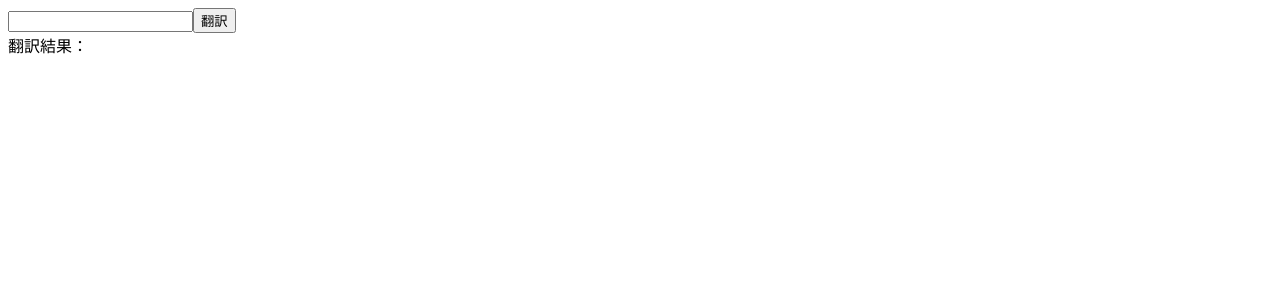
Repository: Reiya-1003/NuxtTS-Translate
Page: /
An editor plug-in stored every save of this project. The page is shown before and after the next save, followed by the edit.
The browser window is 1280 px wide. The pictures show the whole page.
The project was rebuilt for these pictures with package versions that can differ from the ones it lists, and the page was loaded fresh each time. The framework's server and built-in components were replaced by stand-ins that run in the browser. Also part of the build but not shown: nuxt.config.js, components/item.vue. Imported but missing from the stored project, and not drawn on this page: plugins/firebase.

Above is the page before, as saved 2022-01-26 19:53:58.

### pages/index.vue
<template>

     <div>
     <form>
       <input type="text" v-model="message">
       <button type="button" @click="Enchange">翻訳</button>
     </form>
     <div>翻訳結果：{{items.text}}</div>


     </div>
</template>

<script lang="ts">
import Vue from 'vue'
const axios = require('axios')
const kara:any = ""
console.log(kara)
const name = encodeURI(``)//日本語はエンコードURIしないとurlで使えない

interface TransInfo{
  message: number | string,
  items: number | string | object

}

interface MethodType {
  someMethod(): void

}
export default {
    data():TransInfo{
      return{
        message:"",
        items:{},
      }
    },








  methods:{
// 　　　　　request:function(e:any){
//           let kara:any = encodeURI(`${this.message}`)
//           console.log(kara)
//           axios.get(`https://script.google.com/macros/s/AKfycbxSjnREpITlKTl9lo_uV2yqnQbzh4SH7jbAl8fN6YIHHiGWsTDl/exec?text=${kara}&source=ja&target=en`)
//           .then(function(res:any){
//               return {items: res.data}
//           })
// },
  Enchange: function(this:any){
    let kara:any = encodeURI(this.message)
    console.log(kara)
    axios.get(`https://script.google.com/macros/s/AKfycbxSjnREpITlKTl9lo_uV2yqnQbzh4SH7jbAl8fN6YIHHiGWsTDl/exec?text=${kara}&source=ja&target=en`)
         .then((res:any)=>{
           console.log(res.data)

           this.items = res.data

           })
  }


  }
}
</script>

After the next save:
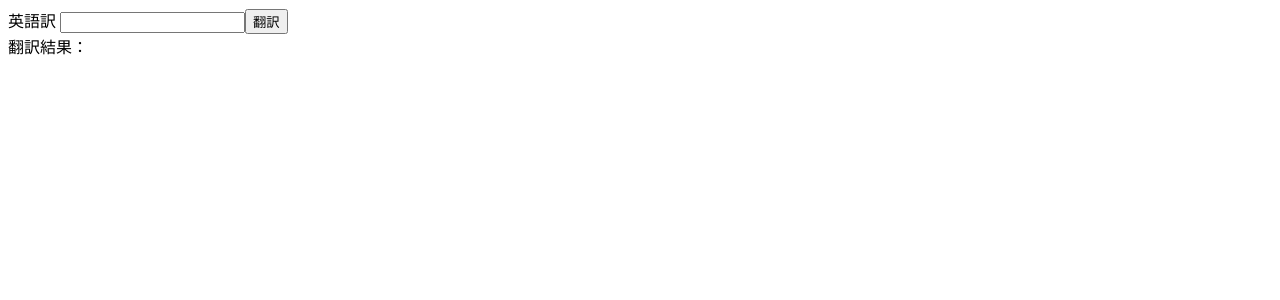
Saved 14 h 23 min later.
--- a/pages/index.vue
+++ b/pages/index.vue
@@ -1,8 +1,8 @@
 <template>
 
      <div>
-     <form>
-       <input type="text" v-model="message">
+     <form>英語訳
+       <input type="text" v-model="japan">
        <button type="button" @click="Enchange">翻訳</button>
      </form>
      <div>翻訳結果：{{items.text}}</div>
@@ -19,7 +19,7 @@ console.log(kara)
 const name = encodeURI(``)//日本語はエンコードURIしないとurlで使えない
 
 interface TransInfo{
-  message: number | string,
+  japan: number | string,
   items: number | string | object
 
 }
@@ -31,7 +31,7 @@ interface MethodType {
 export default {
     data():TransInfo{
       return{
-        message:"",
+        japan:"",
         items:{},
       }
     },
@@ -44,15 +44,19 @@ export default {
 
 
   methods:{
-// 　　　　　request:function(e:any){
-//           let kara:any = encodeURI(`${this.message}`)
-//           console.log(kara)
-//           axios.get(`https://script.google.com/macros/s/AKfycbxSjnREpITlKTl9lo_uV2yqnQbzh4SH7jbAl8fN6YIHHiGWsTDl/exec?text=${kara}&source=ja&target=en`)
-//           .then(function(res:any){
-//               return {items: res.data}
-//           })
-// },
+//
   Enchange: function(this:any){
+    let kara:any = encodeURI(this.japan)
+    console.log(kara)
+    axios.get(`https://script.google.com/macros/s/AKfycbxSjnREpITlKTl9lo_uV2yqnQbzh4SH7jbAl8fN6YIHHiGWsTDl/exec?text=${kara}&source=ja&target=en`)
+         .then((res:any)=>{
+           console.log(res.data)
+
+           this.items = res.data
+
+           })
+  },
+   Jachange: function(this:any){
     let kara:any = encodeURI(this.message)
     console.log(kara)
     axios.get(`https://script.google.com/macros/s/AKfycbxSjnREpITlKTl9lo_uV2yqnQbzh4SH7jbAl8fN6YIHHiGWsTDl/exec?text=${kara}&source=ja&target=en`)
@@ -62,7 +66,7 @@ export default {
            this.items = res.data
 
            })
-  }
+  },
 
 
   }
